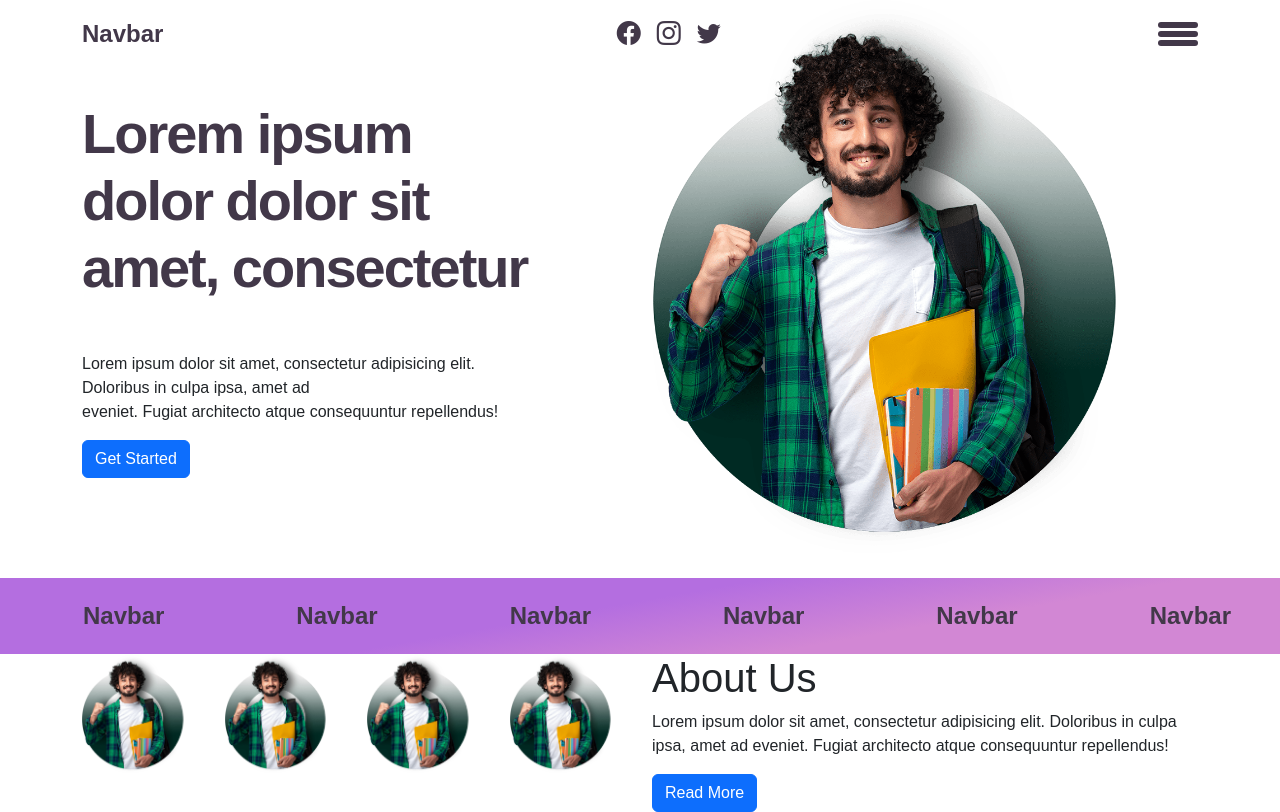
Repository: tagnam/project27012025
Page: index.html
These files come from the project's save history. The page is drawn as it stood at one moment and after the next save; the edit follows.
The browser window is 1280 px wide. The pictures show the whole page.

Above is the page before, as saved 2025-01-27 16:18:24.

After the next save:
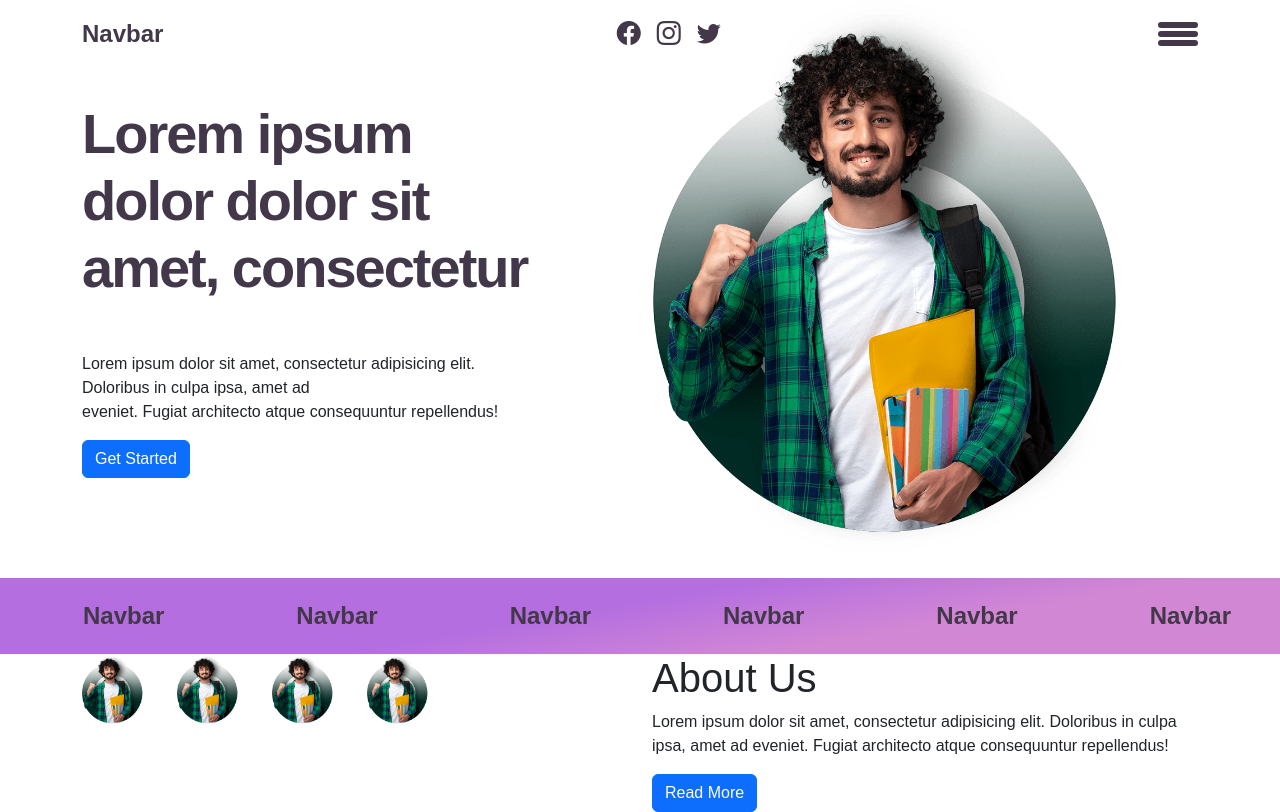
Saved 11 s later.
--- a/index.html
+++ b/index.html
@@ -130,7 +130,7 @@
     <div class="container">
         <div class="row">
             <div class="col-lg-6 col-md-6 col-sm-12">
-                <div class="row ">
+                <div class="row row-cols-3 row-cols-md-6">
                     <div class="col">
                         <div class="img">
                             <img src="image/hero-banner-01.webp" class="w-100" alt="">
